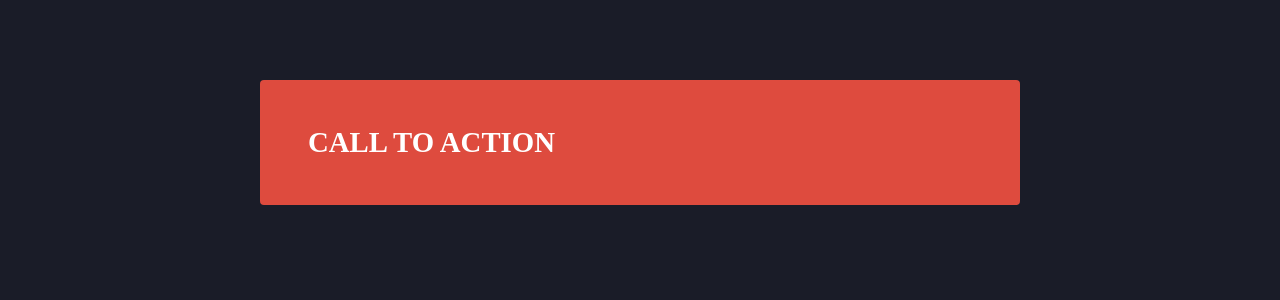
Repository: fdhhhdjd/React-Witth-Framer-Motion
Page: /
These files come from the project's save history. The page is drawn as it stood at one moment and after the next save; the edit follows.
The browser window is 1280 px wide. The pictures show the whole page.
The project was rebuilt for these pictures with package versions that can differ from the ones it lists, and the page was loaded fresh each time. Also part of the build but not shown: src/App.css, src/Component/ChooseImg/ChooseImg.js.

Above is the page before, as saved 2021-10-11 20:22:14.

### src/App.js
import logo from "./logo.svg";
import "./App.css";
import { Switch, BrowserRouter, Route } from "react-router-dom";
import { Dropdown, ChooseImg } from "./Import/Index";
function App() {
  return (
    <BrowserRouter>
      <Dropdown />
      <Switch>{/* <Route exact path="/" component={ChooseImg} /> */}</Switch>
    </BrowserRouter>
  );
}

export default App;

### src/Import/Index.js
export { default as Dropdown } from "../Page/Dropdown/Dropdown";
export { default as ChooseImg } from "../Component/ChooseImg/ChooseImg";

### src/Page/Dropdown/Dropdown.js
import React, { useState } from "react";
import "./Dropdown.css";
import "./reset.css";
const Dropdown = () => {
  const [select, setSelect] = useState("Choose Item 😉 ");
  return (
    <div class="dropdown">
      <div class="dropdown__select">
        <span class="dropdown__selected">Call to action</span>
        <i class="fa fa-caret-down dropdown__caret"></i>
      </div>
      <ul class="dropdown__list">
        <li class="dropdown__item">
          <span class="dropdown__text">New project</span>
          <i class="fa fa-plus-circle dropdown__icon"></i>
        </li>
        <li class="dropdown__item">
          <span class="dropdown__text">View profile</span>
          <i class="fa fa-user dropdown__icon"></i>
        </li>
        <li class="dropdown__item">
          <span class="dropdown__text">Settings</span>
          <i class="fa fa-cog dropdown__icon"></i>
        </li>
        <li class="dropdown__item">
          <span class="dropdown__text">Logout</span>
          <i class="fa fa-circle dropdown__icon"></i>
        </li>
      </ul>
    </div>
  );
};

export default Dropdown;

### src/Page/Dropdown/Dropdown.css
html {
    font-size: 62.5%;
    font-family: "Poppins", sans-serif;
    background-color: #1a1c28;
  }
  * {
    box-sizing: border-box;
  }
  :root {
    --primary: #de4b3e;
    --secondary: #c74237;
  }
  .dropdown {
    width: 100%;
    max-width: 47.5rem;
    margin: 5rem auto;
    position: relative;
    color: white;
    text-transform: uppercase;
    font-size: 1.8rem;
    font-weight: bold;
    border-radius: 4px;
  }
  .dropdown__select {
    border-radius: inherit;
  }
  .dropdown__list {
    margin-top: 2.5rem;
    position: absolute;
    top: 100%;
    left: 0;
    right: 0;
    display: none;
  }
  .dropdown__list:before {
    content: "";
    height: 2.5rem;
    position: absolute;
    left: 0;
    right: 0;
    background-color: transparent;
    transform: translateY(-100%);
  }
  .dropdown:hover .dropdown__list {
    display: block;
  }
  .dropdown__select,
  .dropdown__item {
    width: 100%;
    padding: 3rem;
    background-color: var(--primary);
    display: flex;
    align-items: center;
    justify-content: space-between;
    cursor: pointer;
  }
  .dropdown__item {
    transition: background-color 0.2s linear;
  }
  .dropdown__item:first-child {
    border-radius: 4px 4px 0 0;
    position: relative;
  }
  .dropdown__item:first-child:before {
    content: "";
    position: absolute;
    top: 0;
    left: 3rem;
    border-left: 10px solid transparent;
    border-right: 10px solid transparent;
    border-bottom: 10px solid var(--primary);
    transform: translateY(-100%);
    transition: border-color 0.2s linear;
  }
  .dropdown__item:first-child:hover:before {
    border-bottom-color: var(--secondary);
  }
  .dropdown__item:last-child {
    border-radius: 0 0 4px 4px;
  }
  .dropdown__item:hover {
    background-color: var(--secondary);
  }

### src/Page/Dropdown/reset.css

html,
body,
div,
span,
applet,
object,
iframe,
h1,
h2,
h3,
h4,
h5,
h6,
p,
blockquote,
pre,
a,
abbr,
acronym,
address,
big,
cite,
code,
del,
dfn,
em,
img,
ins,
kbd,
q,
s,
samp,
small,
strike,
strong,
sub,
sup,
tt,
var,
b,
u,
i,
center,
dl,
dt,
dd,
ol,
ul,
li,
fieldset,
form,
label,
legend,
table,
caption,
tbody,
tfoot,
thead,
tr,
th,
td,
article,
aside,
canvas,
details,
embed,
figure,
figcaption,
footer,
header,
hgroup,
menu,
nav,
output,
ruby,
section,
summary,
time,
mark,
audio,
video {
  margin: 0;
  padding: 0;
  border: 0;
  font-size: 100%;
  font: inherit;
  vertical-align: baseline;
}
/* HTML5 display-role reset for older browsers */
article,
aside,
details,
figcaption,
figure,
footer,
header,
hgroup,
menu,
nav,
section {
  display: block;
}
body {
  line-height: 1;
}
ol,
ul {
  list-style: none;
}
blockquote,
q {
  quotes: none;
}
blockquote:before,
blockquote:after,
q:before,
q:after {
  content: "";
  content: none;
}
table {
  border-collapse: collapse;
  border-spacing: 0;
}

Loaded but not shown: public/index.html (common file); src/index.js (common file); src/index.css (common file); src/reportWebVitals.js (common file)

After the next save:
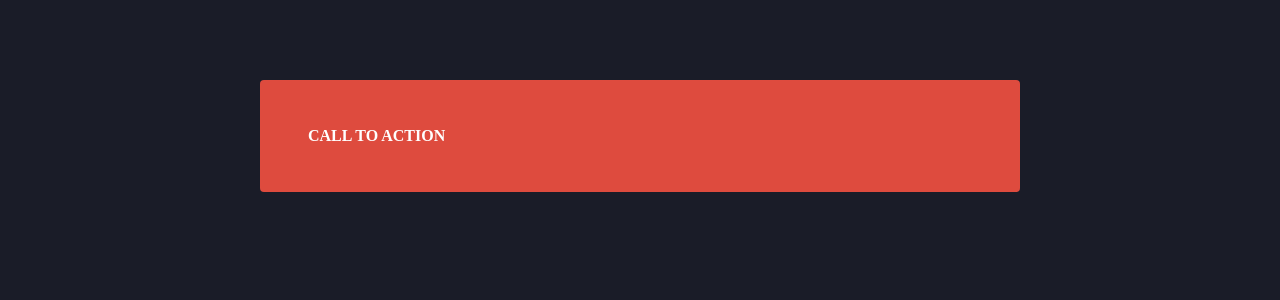
Saved 10 s later.
--- a/src/Page/Dropdown/Dropdown.css
+++ b/src/Page/Dropdown/Dropdown.css
@@ -17,7 +17,7 @@ html {
     position: relative;
     color: white;
     text-transform: uppercase;
-    font-size: 1.8rem;
+    font-size: 1rem;
     font-weight: bold;
     border-radius: 4px;
   }
